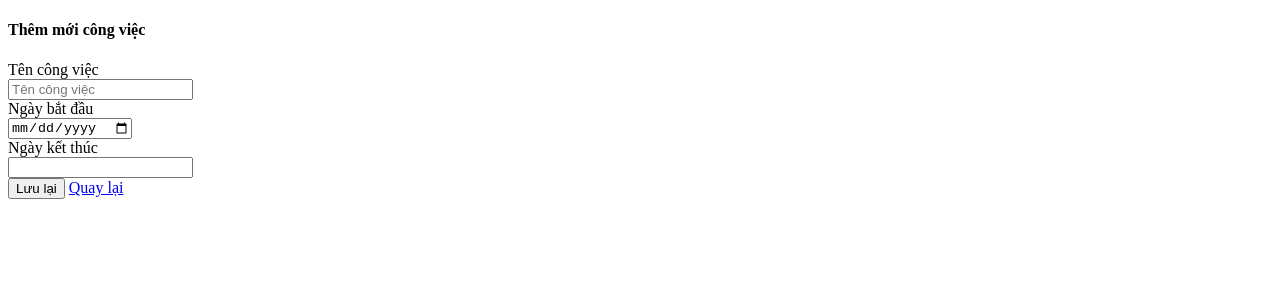
Repository: mindland/CrmApp
Page: http://localhost/CrmApp/WEB-INF/views/job/add.jsp
The author's editor kept a copy of each file at every save. The page is drawn from the files as they stood at one save, then again after the next save.
The browser window is 1280 px wide. The pictures show the whole page.
The page is served by Tomcat 9. Nobody is signed in. Other server files are loaded and not shown. The template is opened directly, without the code that normally fills it, so the values that code supplies are empty.

Above is the page before, as saved 2020-09-13 13:38:13.

### CrmApp/WebContent/WEB-INF/views/job/add.jsp
<%@ page language="java" contentType="text/html; charset=UTF-8"
	pageEncoding="UTF-8"%>
<%@ taglib prefix="c" uri="http://java.sun.com/jsp/jstl/core"%>
<!DOCTYPE html>
<html>
<head>
<meta charset="UTF-8">
<title>Thêm mới công việc</title>
</head>
<body>
	<div class="row bg-title">
		<div class="col-lg-3 col-md-4 col-sm-4 col-xs-12">
			<h4 class="page-title">Thêm mới công việc</h4>
		</div>
	</div>
	<!-- /.row -->
	<!-- .row -->
	<div class="row">
		<div class="col-md-2 col-12"></div>
		<div class="col-md-8 col-xs-12">
			<div class="white-box">
				<form class="form-horizontal form-material">
					<div class="form-group">
						<label class="col-md-12">Tên công việc</label>
						<div class="col-md-12">
							<input type="" placeholder="Tên công việc"
								class="form-control form-control-line">
						</div>
					</div>
					<div class="form-group">
						<label class="col-md-12">Ngày bắt đầu</label>
						<div class="col-md-12">
							<input type="date" name ="start_date"
								class="form-control form-control-line">
						</div>
					</div>
					<div class="form-group">
						<label class="col-md-12">Ngày kết thúc</label>
						<div class="col-md-12">
							<input type="text" name="end_date"
								class="form-control form-control-line">
						</div>
					</div>
					<div class="form-group">
						<div class="col-sm-12">
							<button type="submit" class="btn btn-success">Lưu lại</button>
							<a href="<c:url value="/job" />" class="btn btn-primary">Quay lại</a>
						</div>
					</div>
				</form>
			</div>
		</div>
		<div class="col-md-2 col-12"></div>
	</div>
	<!-- /.row -->
</body>
</html>

After the next save:
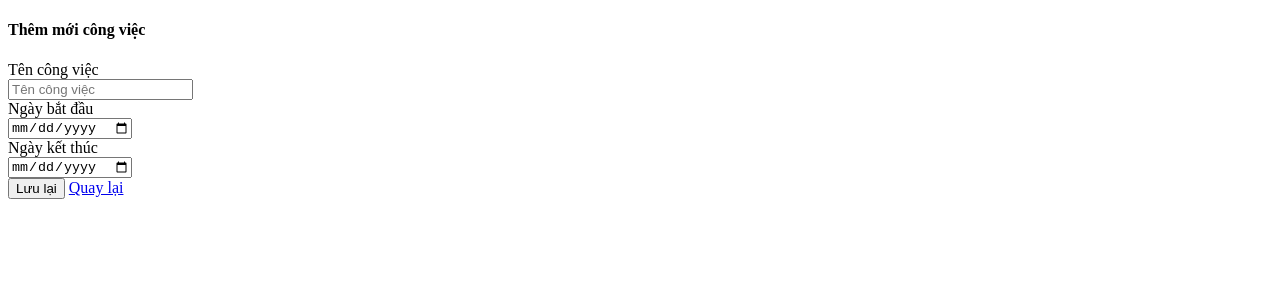
Saved 4 s later.
--- a/CrmApp/WebContent/WEB-INF/views/job/add.jsp
+++ b/CrmApp/WebContent/WEB-INF/views/job/add.jsp
@@ -37,7 +37,7 @@
 					<div class="form-group">
 						<label class="col-md-12">Ngày kết thúc</label>
 						<div class="col-md-12">
-							<input type="text" name="end_date"
+							<input type="date" name="end_date"
 								class="form-control form-control-line">
 						</div>
 					</div>
